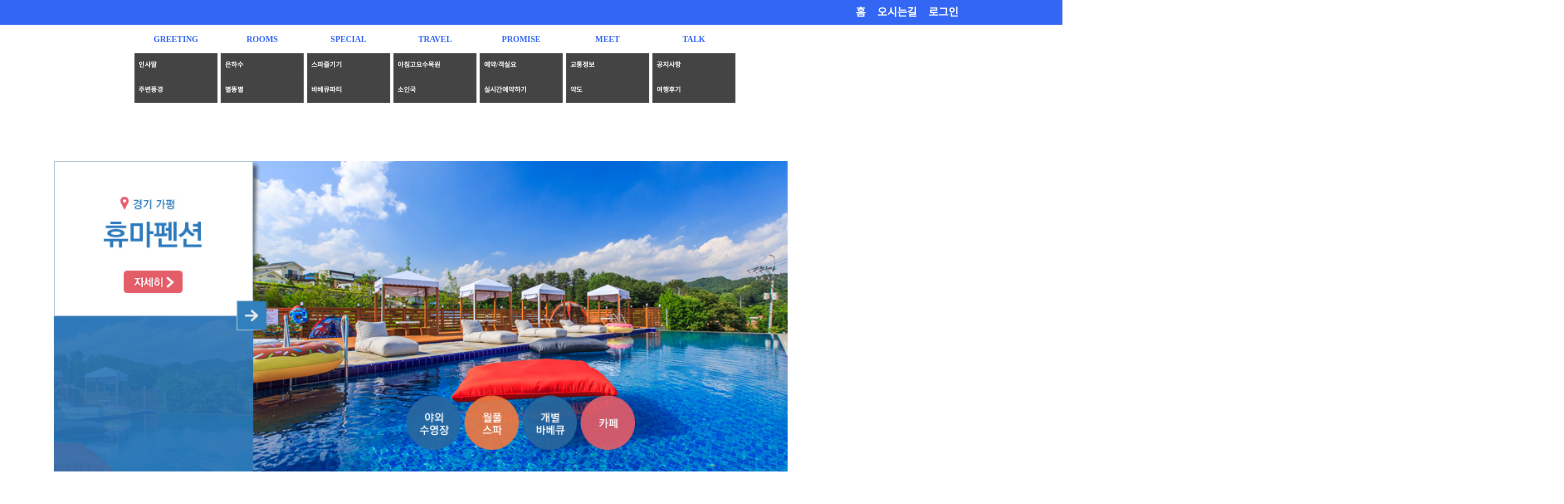
Repository: hojohe/bit-java
Page: 07_css/WebContent/99_exam/exam03.html
These files come from the project's save history. The page is drawn as it stood at one moment and after the next save; the edit follows.
The browser window is 1280 px wide. The page is 1884 px wide, so the pictures cover 1884 px, including what lies to the right of the window. The pictures show the whole page, at 83% of full size.

Above is the page before, as saved 2017-01-25 06:33:33.

After the next save:
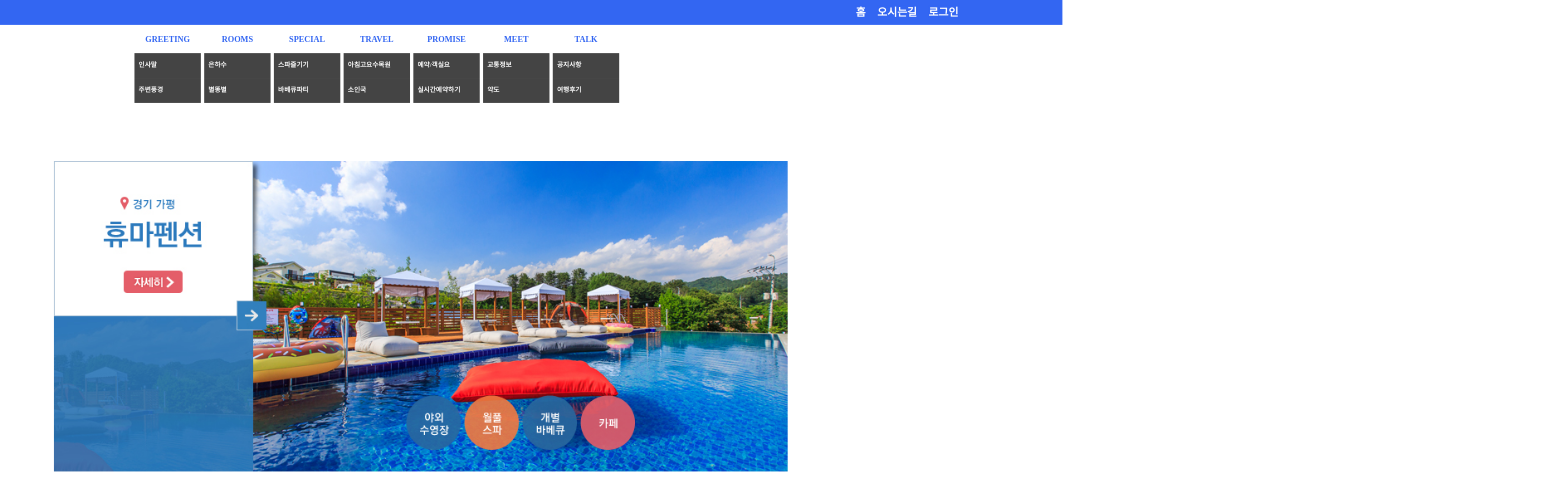
Saved 5 s later.
--- a/07_css/WebContent/99_exam/exam03.css
+++ b/07_css/WebContent/99_exam/exam03.css
@@ -41,7 +41,7 @@ ul.mainLnb>li:first-child { clear: both; }
 ul.mainLnb > li { float: left; }
 ul.mainLnb a {
 	background: #fff;
-	width: 100px;
+	width: 80px;
 	height: 30px;
 	display: block;
 	font-size: 10px;
